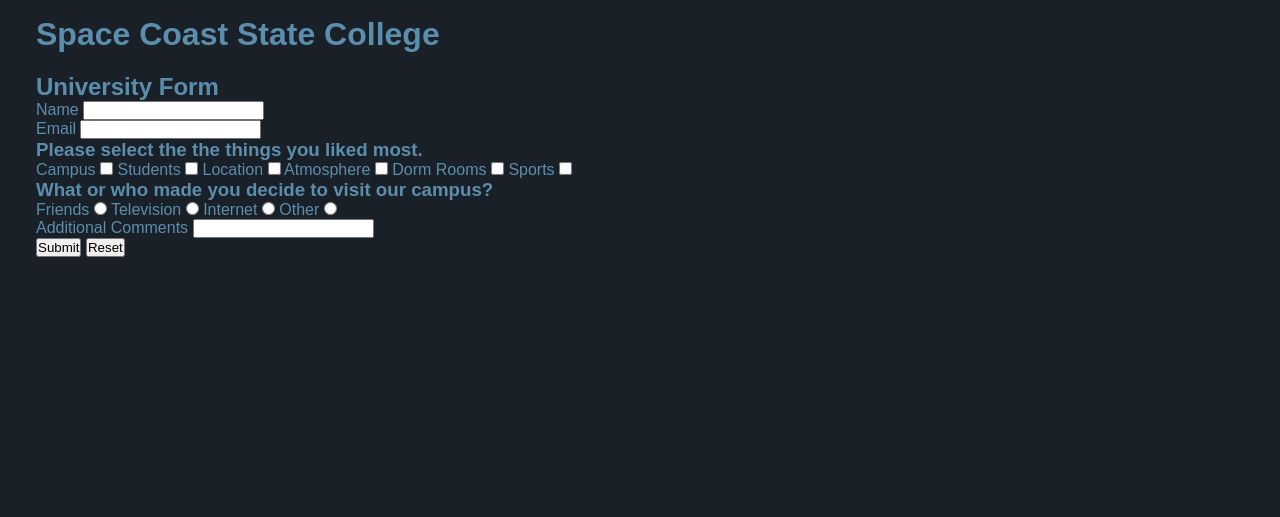
Repository: mlmEFSC21/P2-University-Form
Page: index.html
These files come from the project's save history. The page is drawn as it stood at one moment and after the next save; the edit follows.
The browser window is 1280 px wide. The pictures show the whole page.
Some web fonts or font styles are not loaded; a fallback is used.

Above is the page before, as saved 2022-01-29 18:49:00.

### index.html
<!DOCTYPE html>
<html lang="en">
    <head>
        <meta charset="UTF-8" />
        <meta http-equiv="X-UA-Compatible" content="IE=edge" />
        <meta name="viewport" content="width=device-width, initial-scale=1.0" />
        <title>University Form</title>
        <link rel="stylesheet" href="uniFormStyles.css" />
    </head>
    <body>
        <header>
            <h1>Space Coast State College</h1>
        </header>
        <main>
          <section class="flex">
            <h2>University Form</h2>
            <article class="info">
            <!-- REMEMBER TO CHANGE THIS TO A POST TO DEITEL!!!!!!!!!!-->
            <form action="results.html" method="GET">
                <div>
                    <label for="name">Name</label>
                    <input type="text" id="name" name="name" required />
                </div>
                <div>
                    <label for="email">Email</label>
                    <input type="email" id="email" name="email" required />
                </div>
                </article>
                <article class="favFeatures">
                    <h3>Please select the the things you liked most.</h3>
                    <label for="campus">Campus</label>
                    <input type="checkbox" id="campus" name="campus" />
                    <label for="students">Students</label>
                    <input type="checkbox" id="students" name="students" />
                    <label for="location">Location</label>
                    <input type="checkbox" id="location" name="location" />
                    <label for="atmosphere">Atmosphere</label>
                    <input type="checkbox" id="atmosphere" name="atmosphere" />
                    <label for="dorms">Dorm Rooms</label>
                    <input type="checkbox" id="dorms" name="dorms" />
                    <label for="sports">Sports</label>
                    <input type="checkbox" id="sports" name="sports" />
                </article>
                <article class="">
                    <h3>What or who made you decide to visit our campus?</h3>
                    <label for="friends">Friends</label>
                    <input type="radio" id="friends" name="referred" required />
                    <label for="television">Television</label>
                    <input type="radio" id="television" name="referred" />
                    <label for="internet">Internet</label>
                    <input type="radio" id="internet" name="referred" />
                    <label for="other">Other</label>
                    <input type="radio" id="other" name="referred" />
                </article>
                <div>
                    <label for="comments">Additional Comments</label>
                    <input type="text" id="comments" name="comments" />
                </div>
                <button type="submit" class="submit">Submit</button>
                <button type="reset" class="reset">Reset</button>
            </form>
            </section>
        </main>
    </body>
</html>

### uniFormStyles.css
@import url("https://fonts.googleapis.com/css2?family=Spectral:wght@300&display=swap");

:root {
    --clr-prime: #003c5e;
    --clr-second: #1a2028;
    --clr-accent: #8fb500;
    --clr-font-prime: #5b8ead;
    --clr-font-second: black;
}

* {
    margin: 0;
    padding: 0;
    box-sizing: border-box;
}
body {
    margin: 0 1.25em;
    padding: 1em;
    background-color: var(--clr-second);
    font-family: "Spectral", sans-serif;
    color: var(--clr-font-prime);
}
header {
    color: var(--clr-font-prime);
    margin-bottom: 1.25em;
}
.main {
    display: flex;
    flex-direction: column;
    max-width: 800px;
    border: 5px solid var(--clr-accent);
    background-color: white;
    gap: 2rem;
    justify-content: center;
    justify-items: center;
}
form {
}

After the next save:
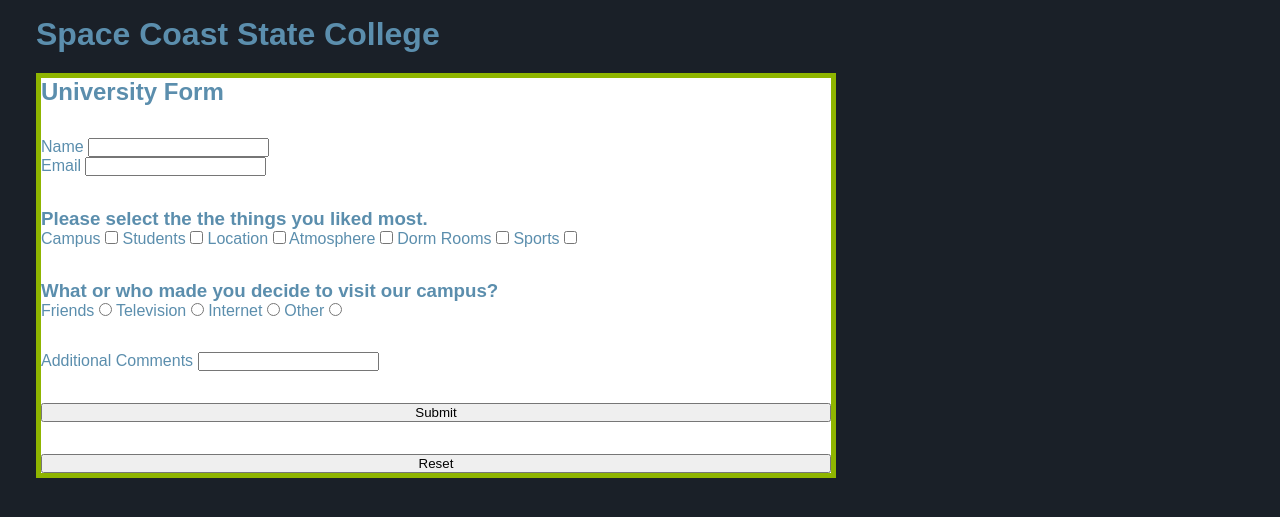
Saved 5 s later.
--- a/index.html
+++ b/index.html
@@ -12,7 +12,7 @@
             <h1>Space Coast State College</h1>
         </header>
         <main>
-          <section class="flex">
+          <section class="main">
             <h2>University Form</h2>
             <article class="info">
             <!-- REMEMBER TO CHANGE THIS TO A POST TO DEITEL!!!!!!!!!!-->

After the save that followed:
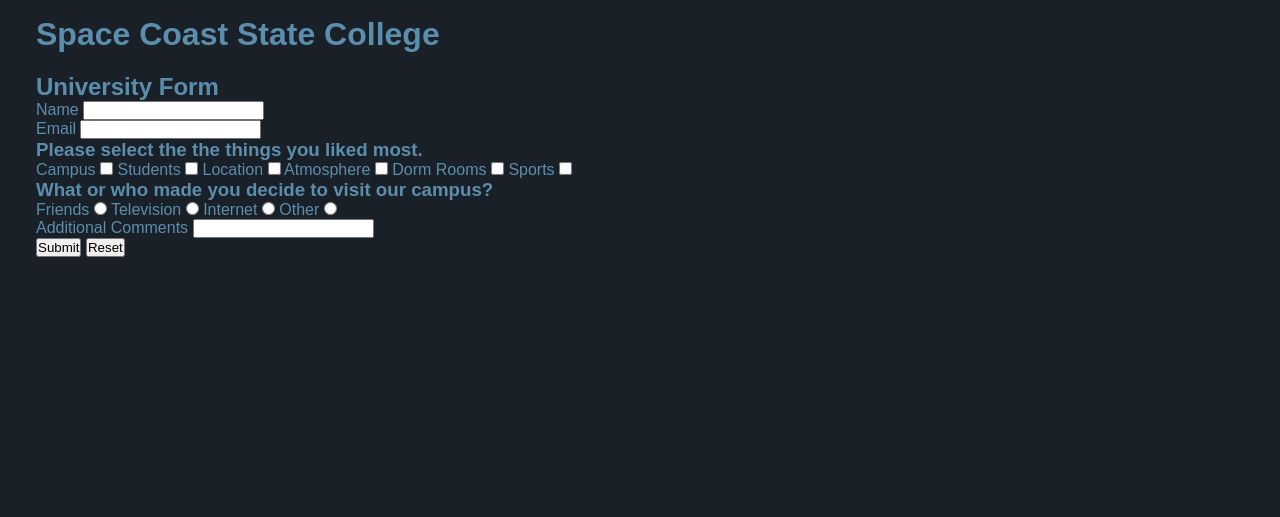
Saved 6 s later.
--- a/index.html
+++ b/index.html
@@ -12,7 +12,7 @@
             <h1>Space Coast State College</h1>
         </header>
         <main>
-          <section class="main">
+          <section class="flex">
             <h2>University Form</h2>
             <article class="info">
             <!-- REMEMBER TO CHANGE THIS TO A POST TO DEITEL!!!!!!!!!!-->
